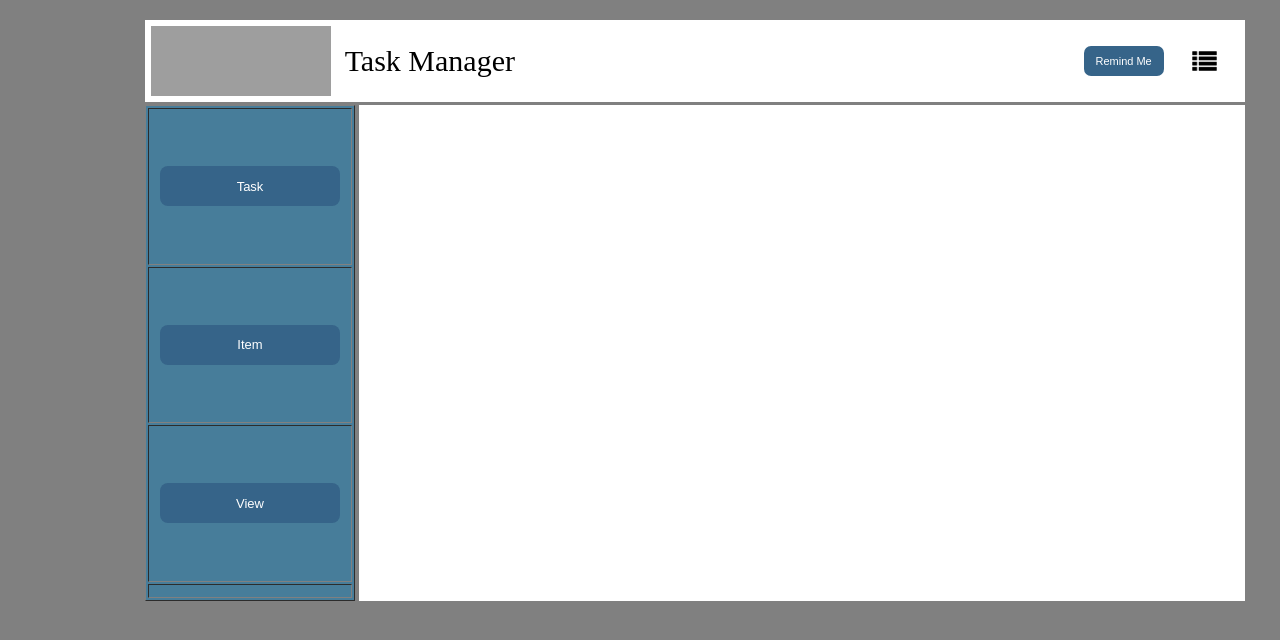
Repository: SnehaSalvi/TaskManagerProject
Page: http://localhost/TaskManagerChecklist/Home.jsp
The author's editor kept a copy of each file at every save. The page is drawn from the files as they stood at one save, then again after the next save.
The browser window is 1280 px wide. The pictures show the whole page.
Pictures or frames that could not be fetched are drawn as grey boxes. The page is served by Tomcat 9.

Above is the page before, as saved 2016-10-13 10:47:41.

After the next save:
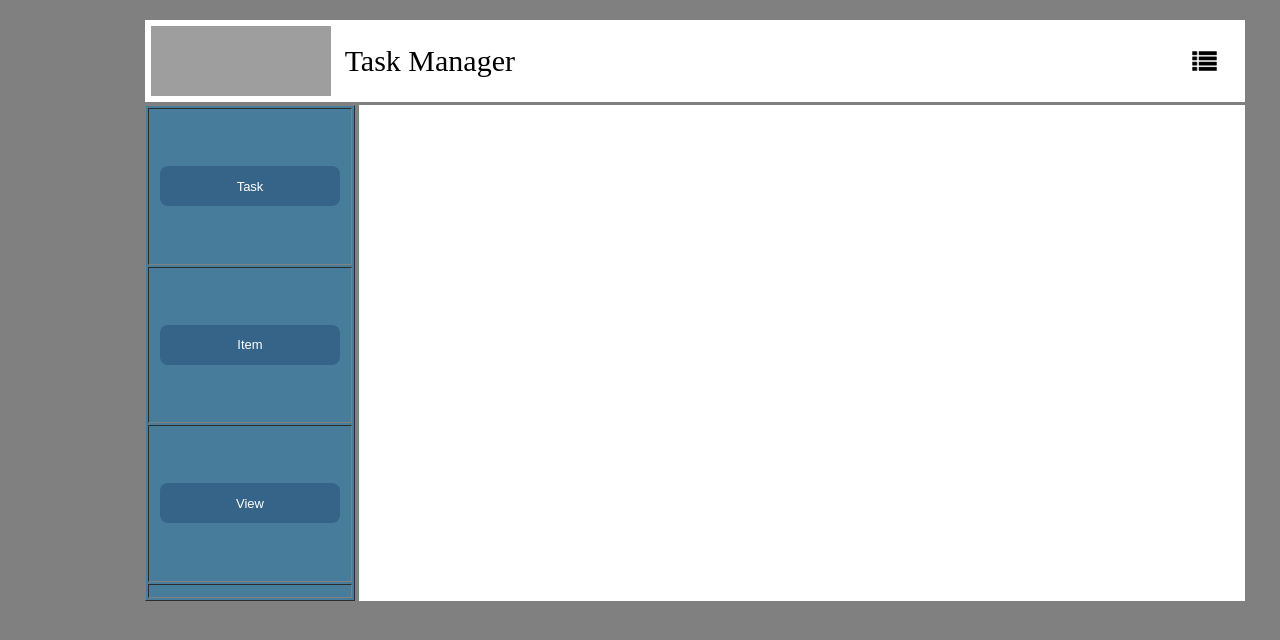
Saved 14 min 49 s later.
--- a/TaskManagerChecklist/WebContent/home.css
+++ b/TaskManagerChecklist/WebContent/home.css
@@ -113,7 +113,7 @@
     border-radius: 7px;
     border: 1px solid #000;
     font-family: sans-serif;
-    background-color:#366489;
+    background-color:white;
     color:white;
     font-size: 11px;
     border: 0;

After the save that followed:
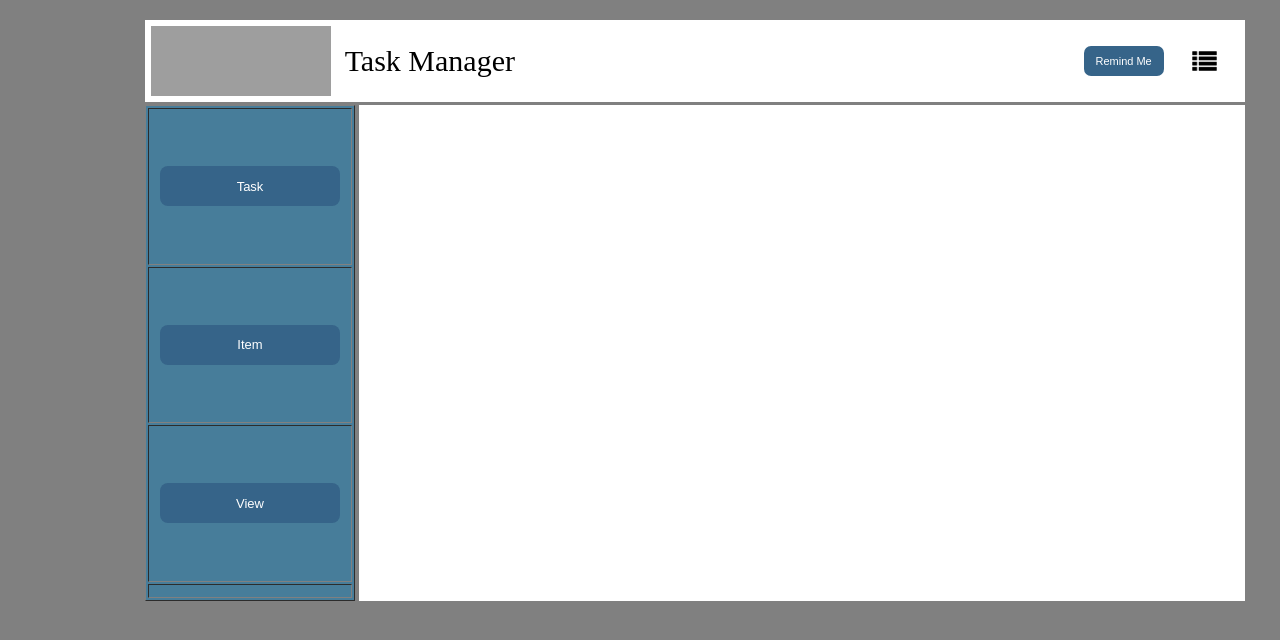
Saved 50 s later.
--- a/TaskManagerChecklist/WebContent/home.css
+++ b/TaskManagerChecklist/WebContent/home.css
@@ -113,7 +113,7 @@
     border-radius: 7px;
     border: 1px solid #000;
     font-family: sans-serif;
-    background-color:white;
+    background-color:#366489;
     color:white;
     font-size: 11px;
     border: 0;
